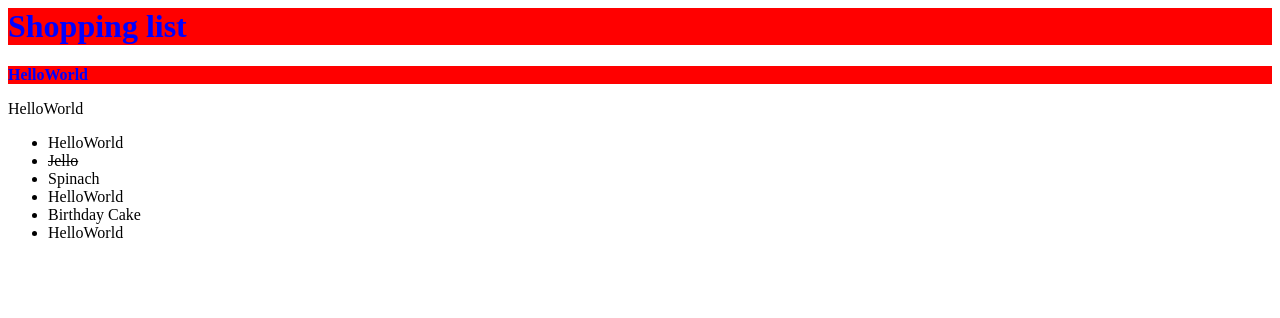
Repository: michalJanaGitHub/michalJanaGitHub.github.io
Page: projects finished/09 DOM example - shopping list/index.html
These files come from the project's save history. The page is drawn as it stood at one moment and after the next save; the edit follows.
The browser window is 1280 px wide. The pictures show the whole page.

Above is the page before, as saved 2018-09-07 14:24:54.

After the next save:
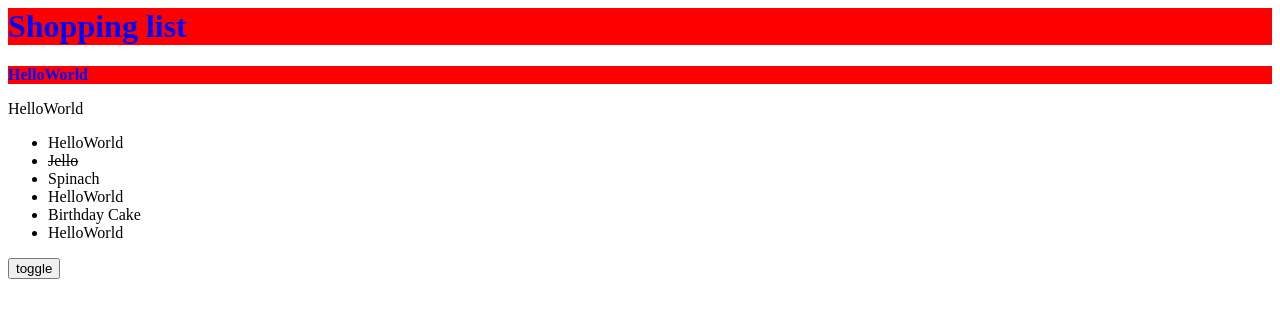
Saved 30 min 43 s later.
--- a/projects finished/09 DOM example - shopping list/index.html
+++ b/projects finished/09 DOM example - shopping list/index.html
@@ -21,5 +21,7 @@
         <li>Candles</li>
 
     </ul>
+
+    <button id="but1">toggle</button>
 </body>
 </html>
